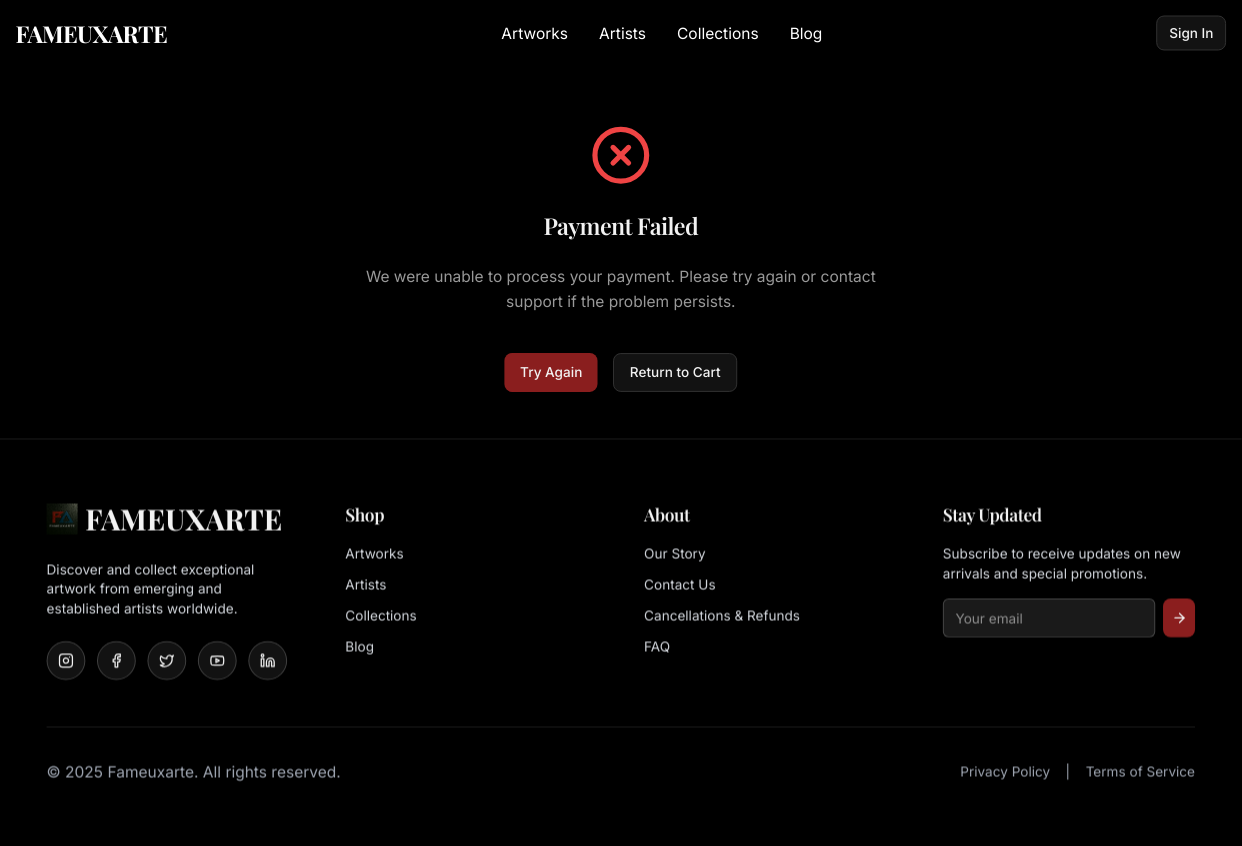
Repository: Arunkumar158/fameuxarte.com
Page: /payment-failed
An editor plug-in stored every save of this project. The page is shown before and after the next save, followed by the edit.
The browser window is 1280 px wide. The pictures show the whole page, at 97% of full size.
The page's requests for data from a server got no answer. Backgrounds fixed to the window are drawn as part of the page. The project was rebuilt for these pictures with package versions that can differ from the ones it lists, and the page was loaded fresh each time. No one was signed in, and anything a server would have sent is missing. Also part of the build but not shown: vite.config.ts, src/components/ui/tooltip.tsx, src/components/ui/dropdown-menu.tsx, src/components/shared/CurrencySelector.tsx, src/components/navigation/MobileMenu.tsx, src/components/home/HeroSection.tsx, src/components/home/AboutSection.tsx, src/components/ui/separator.tsx and 42 more.

Above is the page before, as saved 2025-07-13 14:48:16.

### index.html
<!DOCTYPE html>
<html lang="en">
  <head>
    <meta charset="UTF-8" />
    <meta name="viewport" content="width=device-width, initial-scale=1.0, maximum-scale=5.0" />
    <title>Fameuxarte | Discover Authentic Artworks</title>
    <meta name="description" content="Explore Fameuxarte: a trusted platform connecting you with authentic physical and digital artworks from talented artists worldwide. Browse our curated collection of paintings, sculptures, and digital art." />
    <meta name="author" content="Fameuxarte" />
    <meta name="theme-color" content="#000000" />
    <meta name="keywords" content="art marketplace, original artwork, paintings, sculptures, digital art, art gallery, art collection, contemporary art, art for sale, art investment" />

    <!-- Open Graph / Facebook -->
    <meta property="og:type" content="website" />
    <meta property="og:url" content="https://gallery-canvas-commerce.vercel.app/" />
    <meta property="og:title" content="Fameuxarte | Discover Authentic Artworks" />
    <meta property="og:description" content="Explore Fameuxarte: a trusted platform connecting you with authentic physical and digital artworks from talented artists worldwide. Browse our curated collection of paintings, sculptures, and digital art." />
    <meta property="og:image" content="https://gallery-canvas-commerce.vercel.app/og-image.jpg" />
    <meta property="og:site_name" content="Fameuxarte" />

    <!-- Twitter -->
    <meta name="twitter:card" content="summary_large_image" />
    <meta name="twitter:url" content="https://gallery-canvas-commerce.vercel.app/" />
    <meta name="twitter:title" content="Fameuxarte | Discover Authentic Artworks" />
    <meta name="twitter:description" content="Explore Fameuxarte: a trusted platform connecting you with authentic physical and digital artworks from talented artists worldwide. Browse our curated collection of paintings, sculptures, and digital art." />
    <meta name="twitter:image" content="https://gallery-canvas-commerce.vercel.app/og-image.jpg" />

    <!-- Favicon -->
    <link rel="icon" type="image/png" href="/fa-bg.png" />
    <link rel="apple-touch-icon" href="/apple-touch-icon.png" />

    <!-- Canonical URL -->
    <link rel="canonical" href="https://gallery-canvas-commerce.vercel.app/" />
  </head>

  <body>
    <div id="root"></div>
    <!-- IMPORTANT: DO NOT REMOVE THIS SCRIPT TAG OR THIS VERY COMMENT! -->
    <script src="https://cdn.gpteng.co/gptengineer.js" type="module"></script>
    <script type="module" src="/src/main.tsx"></script>
  </body>
</html>

### src/index.css
@import url('https://fonts.googleapis.com/css2?family=Playfair+Display:wght@400;500;600;700;800&family=Inter:wght@300;400;500;600;700&display=swap');

@tailwind base;
@tailwind components;
@tailwind utilities;

@layer base {
  :root {
    --background: 0 0% 7%;
    --foreground: 0 0% 95%;

    --card: 0 0% 10%;
    --card-foreground: 0 0% 95%;

    --popover: 0 0% 7%;
    --popover-foreground: 0 0% 95%;

    --primary: 0 64% 33%;
    --primary-foreground: 0 0% 95%;

    --secondary: 220 65% 33%;
    --secondary-foreground: 0 0% 95%;

    --muted: 0 0% 20%;
    --muted-foreground: 0 0% 60%;

    --accent: 220 65% 33%;
    --accent-foreground: 0 0% 95%;

    --destructive: 0 63% 31%;
    --destructive-foreground: 0 0% 95%;

    --border: 0 0% 20%;
    --input: 0 0% 20%;
    --ring: 0 64% 33%;

    --radius: 0.5rem;
  }
}

@layer base {
  * {
    @apply border-border;
  }

  html {
    @apply scroll-smooth;
  }

  body {
    @apply bg-black text-foreground font-sans bg-maze-pattern bg-fixed bg-cover;
    background-blend-mode: overlay;
    font-feature-settings: "ss01", "ss02", "cv01", "cv02";
    -webkit-font-smoothing: antialiased;
    -moz-osx-font-smoothing: grayscale;
  }

  h1, h2, h3, h4, h5, h6 {
    @apply font-heading font-bold tracking-tight;
  }

  h1 {
    @apply text-4xl md:text-5xl lg:text-6xl;
  }

  h2 {
    @apply text-3xl md:text-4xl lg:text-5xl;
  }

  h3 {
    @apply text-2xl md:text-3xl lg:text-4xl;
  }

  h4 {
    @apply text-xl md:text-2xl lg:text-3xl;
  }

  p {
    @apply text-base leading-relaxed;
  }

  .prose {
    @apply text-base leading-relaxed;
  }

  .prose h1, .prose h2, .prose h3, .prose h4 {
    @apply font-heading font-bold tracking-tight mt-8 mb-4;
  }

  .prose p {
    @apply mb-4;
  }
}

@layer components {
  .gallery-grid {
    @apply grid grid-cols-1 md:grid-cols-2 lg:grid-cols-3 gap-6;
  }

  .artwork-card {
    @apply flex flex-col overflow-hidden rounded-md border border-border transition-all duration-300 hover:shadow-lg hover:border-brand-red relative z-10 bg-black/70 backdrop-blur-sm;
  }

  .artwork-image {
    @apply relative w-full overflow-hidden aspect-square;
  }

  .artwork-details {
    @apply p-4 flex flex-col gap-1;
  }

  .btn-primary {
    @apply bg-brand-red text-white hover:opacity-90 transition-opacity;
  }

  .btn-secondary {
    @apply bg-brand-blue text-white hover:opacity-90 transition-opacity;
  }

  .section-padding {
    @apply py-20 md:py-32;
  }

  .text-gradient {
    @apply bg-gradient-to-r from-brand-red to-brand-blue bg-clip-text text-transparent;
  }

  .card-hover {
    @apply transition-transform duration-300 hover:scale-[1.02] hover:shadow-xl;
  }

  .glass-card {
    @apply bg-black/60 backdrop-blur-md border border-white/10;
  }
}

### src/components/ui/toaster.tsx
import { useToast } from "@/hooks/use-toast"
import {
  Toast,
  ToastClose,
  ToastDescription,
  ToastProvider,
  ToastTitle,
  ToastViewport,
} from "@/components/ui/toast"

export function Toaster() {
  const { toasts } = useToast()

  return (
    <ToastProvider>
      {toasts.map(function ({ id, title, description, action, ...props }) {
        return (
          <Toast key={id} {...props}>
            <div className="grid gap-1">
              {title && <ToastTitle>{title}</ToastTitle>}
              {description && (
                <ToastDescription>{description}</ToastDescription>
              )}
            </div>
            {action}
            <ToastClose />
          </Toast>
        )
      })}
      <ToastViewport />
    </ToastProvider>
  )
}

### src/components/ui/sonner.tsx
import { useTheme } from "next-themes"
import { Toaster as Sonner, toast } from "sonner"

type ToasterProps = React.ComponentProps<typeof Sonner>

const Toaster = ({ ...props }: ToasterProps) => {
  const { theme = "system" } = useTheme()

  return (
    <Sonner
      theme={theme as ToasterProps["theme"]}
      className="toaster group"
      toastOptions={{
        classNames: {
          toast:
            "group toast group-[.toaster]:bg-background group-[.toaster]:text-foreground group-[.toaster]:border-border group-[.toaster]:shadow-lg",
          description: "group-[.toast]:text-muted-foreground",
          actionButton:
            "group-[.toast]:bg-primary group-[.toast]:text-primary-foreground",
          cancelButton:
            "group-[.toast]:bg-muted group-[.toast]:text-muted-foreground",
        },
      }}
      {...props}
    />
  )
}

export { Toaster, toast }

### src/contexts/AuthContext.tsx

import { createContext, useContext, useEffect, useState } from "react";
import { User, Session } from "@supabase/supabase-js";
import { supabase } from "@/integrations/supabase/client";
import { useNavigate } from "react-router-dom";

interface AuthContextType {
  user: User | null;
  session: Session | null;
  signIn: (email: string, password: string) => Promise<void>;
  signUp: (email: string, password: string, fullName: string) => Promise<void>;
  signOut: () => Promise<void>;
}

const AuthContext = createContext<AuthContextType | undefined>(undefined);

export function AuthProvider({ children }: { children: React.ReactNode }) {
  const [user, setUser] = useState<User | null>(null);
  const [session, setSession] = useState<Session | null>(null);
  const navigate = useNavigate();

  useEffect(() => {
    const { data: { subscription } } = supabase.auth.onAuthStateChange(
      (event, session) => {
        setSession(session);
        setUser(session?.user ?? null);
      }
    );

    supabase.auth.getSession().then(({ data: { session } }) => {
      setSession(session);
      setUser(session?.user ?? null);
    });

    return () => subscription.unsubscribe();
  }, []);

  const signIn = async (email: string, password: string) => {
    const { error } = await supabase.auth.signInWithPassword({ email, password });
    if (error) throw error;
    navigate("/");
  };

  const signUp = async (email: string, password: string, fullName: string) => {
    const { error } = await supabase.auth.signUp({
      email,
      password,
      options: {
        data: {
          full_name: fullName,
        },
      },
    });
    if (error) throw error;
  };

  const signOut = async () => {
    const { error } = await supabase.auth.signOut();
    if (error) throw error;
    navigate("/auth");
  };

  return (
    <AuthContext.Provider value={{ user, session, signIn, signUp, signOut }}>
      {children}
    </AuthContext.Provider>
  );
}

export const useAuth = () => {
  const context = useContext(AuthContext);
  if (context === undefined) {
    throw new Error("useAuth must be used within an AuthProvider");
  }
  return context;
};

### src/components/SEO.tsx
import { Helmet } from 'react-helmet-async';

interface SEOProps {
  title: string;
  description: string;
  canonicalUrl?: string;
  ogImage?: string;
  type?: 'website' | 'article' | 'product';
  structuredData?: object;
  keywords?: string;
  author?: string;
  robots?: string;
  language?: string;
}

export const SEO = ({
  title,
  description,
  canonicalUrl,
  ogImage = '/og-image.jpg',
  type = 'website',
  structuredData,
  keywords,
  author = 'Fameuxarte',
  robots = 'index, follow',
  language = 'en',
}: SEOProps) => {
  const siteUrl = 'https://gallery-canvas-commerce.vercel.app';
  const fullCanonicalUrl = canonicalUrl ? `${siteUrl}${canonicalUrl}` : siteUrl;
  const fullOgImage = ogImage?.startsWith('http') ? ogImage : `${siteUrl}${ogImage}`;

  return (
    <Helmet>
      {/* Basic Meta Tags */}
      <title>{title}</title>
      <meta name="description" content={description} />
      <link rel="canonical" href={fullCanonicalUrl} />
      {keywords && <meta name="keywords" content={keywords} />}
      {author && <meta name="author" content={author} />}
      <meta name="robots" content={robots} />
      <meta httpEquiv="Content-Language" content={language} />

      {/* Open Graph Meta Tags */}
      <meta property="og:title" content={title} />
      <meta property="og:description" content={description} />
      <meta property="og:type" content={type} />
      <meta property="og:url" content={fullCanonicalUrl} />
      <meta property="og:image" content={fullOgImage} />
      <meta property="og:site_name" content="Fameuxarte" />
      <meta property="og:locale" content={language} />

      {/* Twitter Meta Tags */}
      <meta name="twitter:card" content="summary_large_image" />
      <meta name="twitter:title" content={title} />
      <meta name="twitter:description" content={description} />
      <meta name="twitter:image" content={fullOgImage} />
      <meta name="twitter:site" content="@fameuxarte" />
      <meta name="twitter:creator" content="@fameuxarte" />

      {/* Mobile Meta Tags */}
      <meta name="viewport" content="width=device-width, initial-scale=1.0, maximum-scale=5.0" />
      <meta name="theme-color" content="#000000" />

      {/* Structured Data */}
      {structuredData && (
        <script type="application/ld+json">
          {JSON.stringify(structuredData)}
        </script>
      )}
    </Helmet>
  );
};

### src/pages/PaymentFailed.tsx

import { useNavigate } from "react-router-dom";
import MainLayout from "@/components/layouts/MainLayout";
import { Button } from "@/components/ui/button";
import { XCircle } from "lucide-react";

const PaymentFailed = () => {
  const navigate = useNavigate();

  return (
    <MainLayout>
      <div className="container max-w-2xl py-12">
        <div className="text-center space-y-6">
          <div className="flex justify-center">
            <XCircle className="w-16 h-16 text-red-500" />
          </div>
          <h1 className="text-2xl font-semibold">Payment Failed</h1>
          <p className="text-muted-foreground">
            We were unable to process your payment. Please try again or contact support if the problem persists.
          </p>
          <div className="space-x-4 pt-4">
            <Button onClick={() => navigate("/checkout")}>
              Try Again
            </Button>
            <Button variant="outline" onClick={() => navigate("/cart")}>
              Return to Cart
            </Button>
          </div>
        </div>
      </div>
    </MainLayout>
  );
};

export default PaymentFailed;

### src/integrations/supabase/client.ts
// This file is automatically generated. Do not edit it directly.
import { createClient } from '@supabase/supabase-js';
import type { Database } from './types';

const SUPABASE_URL = "https://oqslvwynlppuacdrhlxl.supabase.co";
const SUPABASE_PUBLISHABLE_KEY = "eyJhbGciOiJIUzI1NiIsInR5cCI6IkpXVCJ9.eyJpc3MiOiJzdXBhYmFzZSIsInJlZiI6Im9xc2x2d3lubHBwdWFjZHJobHhsIiwicm9sZSI6ImFub24iLCJpYXQiOjE3NDM3NTk2NDksImV4cCI6MjA1OTMzNTY0OX0.YUDoy6pOBCbxNKzkRr1rVP8ZQmzj-ECGeuC2wEIYUvo";

// Import the supabase client like this:
// import { supabase } from "@/integrations/supabase/client";

export const supabase = createClient<Database>(SUPABASE_URL, SUPABASE_PUBLISHABLE_KEY);

### src/hooks/useLocalStorage.ts

import { useState, useEffect } from "react";

export function useLocalStorage<T>(key: string, initialValue: T) {
  // State to store our value
  const [storedValue, setStoredValue] = useState<T>(() => {
    try {
      // Get from local storage by key
      const item = window.localStorage.getItem(key);
      // Parse stored json or if none return initialValue
      return item ? JSON.parse(item) : initialValue;
    } catch (error) {
      // If error also return initialValue
      console.error(error);
      return initialValue;
    }
  });

  // Return a wrapped version of useState's setter function that persists the new value to localStorage
  const setValue = (value: T | ((val: T) => T)) => {
    try {
      // Allow value to be a function so we have same API as useState
      const valueToStore =
        value instanceof Function ? value(storedValue) : value;
      // Save state
      setStoredValue(valueToStore);
      // Save to local storage
      window.localStorage.setItem(key, JSON.stringify(valueToStore));
    } catch (error) {
      // A more advanced implementation would handle the error case
      console.error(error);
    }
  };

  return [storedValue, setValue] as const;
}

### src/components/ui/button.tsx
import * as React from "react"
import { Slot } from "@radix-ui/react-slot"
import { cva, type VariantProps } from "class-variance-authority"

import { cn } from "@/lib/utils"

const buttonVariants = cva(
  "inline-flex items-center justify-center gap-2 whitespace-nowrap rounded-lg text-sm font-medium ring-offset-background transition-colors focus-visible:outline-none focus-visible:ring-2 focus-visible:ring-ring focus-visible:ring-offset-2 disabled:pointer-events-none disabled:opacity-50 [&_svg]:pointer-events-none [&_svg]:size-4 [&_svg]:shrink-0",
  {
    variants: {
      variant: {
        default: "bg-primary text-primary-foreground hover:bg-primary/90",
        destructive:
          "bg-destructive text-destructive-foreground hover:bg-destructive/90",
        outline:
          "border border-input bg-background hover:bg-accent hover:text-accent-foreground",
        secondary:
          "bg-secondary text-secondary-foreground hover:bg-secondary/80",
        ghost: "hover:bg-accent hover:text-accent-foreground",
        link: "text-primary underline-offset-4 hover:underline",
      },
      size: {
        default: "h-10 px-4 py-2",
        sm: "h-9 rounded-lg px-3",
        lg: "h-11 rounded-lg px-8",
        icon: "h-10 w-10",
      },
    },
    defaultVariants: {
      variant: "default",
      size: "default",
    },
  }
)

export interface ButtonProps
  extends React.ButtonHTMLAttributes<HTMLButtonElement>,
    VariantProps<typeof buttonVariants> {
  asChild?: boolean
}

const Button = React.forwardRef<HTMLButtonElement, ButtonProps>(
  ({ className, variant, size, asChild = false, ...props }, ref) => {
    const Comp = asChild ? Slot : "button"
    return (
      <Comp
        className={cn(buttonVariants({ variant, size, className }))}
        ref={ref}
        {...props}
      />
    )
  }
)
Button.displayName = "Button"

export { Button, buttonVariants }

### src/hooks/use-mobile.tsx

import * as React from "react"

const MOBILE_BREAKPOINT = 768

export function useIsMobile() {
  const [isMobile, setIsMobile] = React.useState<boolean | undefined>(undefined)

  React.useEffect(() => {
    const mql = window.matchMedia(`(max-width: ${MOBILE_BREAKPOINT - 1}px)`)
    const onChange = () => {
      setIsMobile(window.innerWidth < MOBILE_BREAKPOINT)
    }
    mql.addEventListener("change", onChange)
    setIsMobile(window.innerWidth < MOBILE_BREAKPOINT)
    return () => mql.removeEventListener("change", onChange)
  }, [])

  return !!isMobile
}

// For backward compatibility, also export as useMobile
export const useMobile = useIsMobile;

### src/components/ui/input.tsx
import * as React from "react"

import { cn } from "@/lib/utils"

const Input = React.forwardRef<HTMLInputElement, React.ComponentProps<"input">>(
  ({ className, type, ...props }, ref) => {
    return (
      <input
        type={type}
        className={cn(
          "flex h-10 w-full rounded-md border border-input bg-background px-3 py-2 text-base ring-offset-background file:border-0 file:bg-transparent file:text-sm file:font-medium file:text-foreground placeholder:text-muted-foreground focus-visible:outline-none focus-visible:ring-2 focus-visible:ring-ring focus-visible:ring-offset-2 disabled:cursor-not-allowed disabled:opacity-50 md:text-sm",
          className
        )}
        ref={ref}
        {...props}
      />
    )
  }
)
Input.displayName = "Input"

export { Input }

### src/components/layouts/MainLayout.tsx
import { ReactNode } from "react";
import { useLocation } from "react-router-dom";

interface MainLayoutProps {
  children: ReactNode;
}

const MainLayout = ({ children }: MainLayoutProps) => {
  const { pathname } = useLocation();
  const isAuthPage = pathname === "/auth";

  return (
    <div className={`w-full ${isAuthPage ? "pt-16 md:pt-0" : ""}`}>
      {children}
    </div>
  );
};

export default MainLayout;

Loaded but not shown: src/main.tsx (common file); src/hooks/use-toast.ts (common file); src/lib/seo.ts (233 lines, source omitted); src/components/navigation/Footer.tsx (122 lines, source omitted); src/lib/utils.ts (182 lines, source omitted); src/components/navigation/Navbar.tsx (145 lines, source omitted); src/contexts/CartContext.tsx (237 lines, source omitted); tailwind.config.ts (150 lines, source omitted); src/components/ui/toast.tsx (127 lines, source omitted); src/App.tsx (102 lines, source omitted); src/contexts/CurrencyContext.tsx (128 lines, source omitted); src/hooks/useLikedItems.ts (113 lines, source omitted)

After the next save:
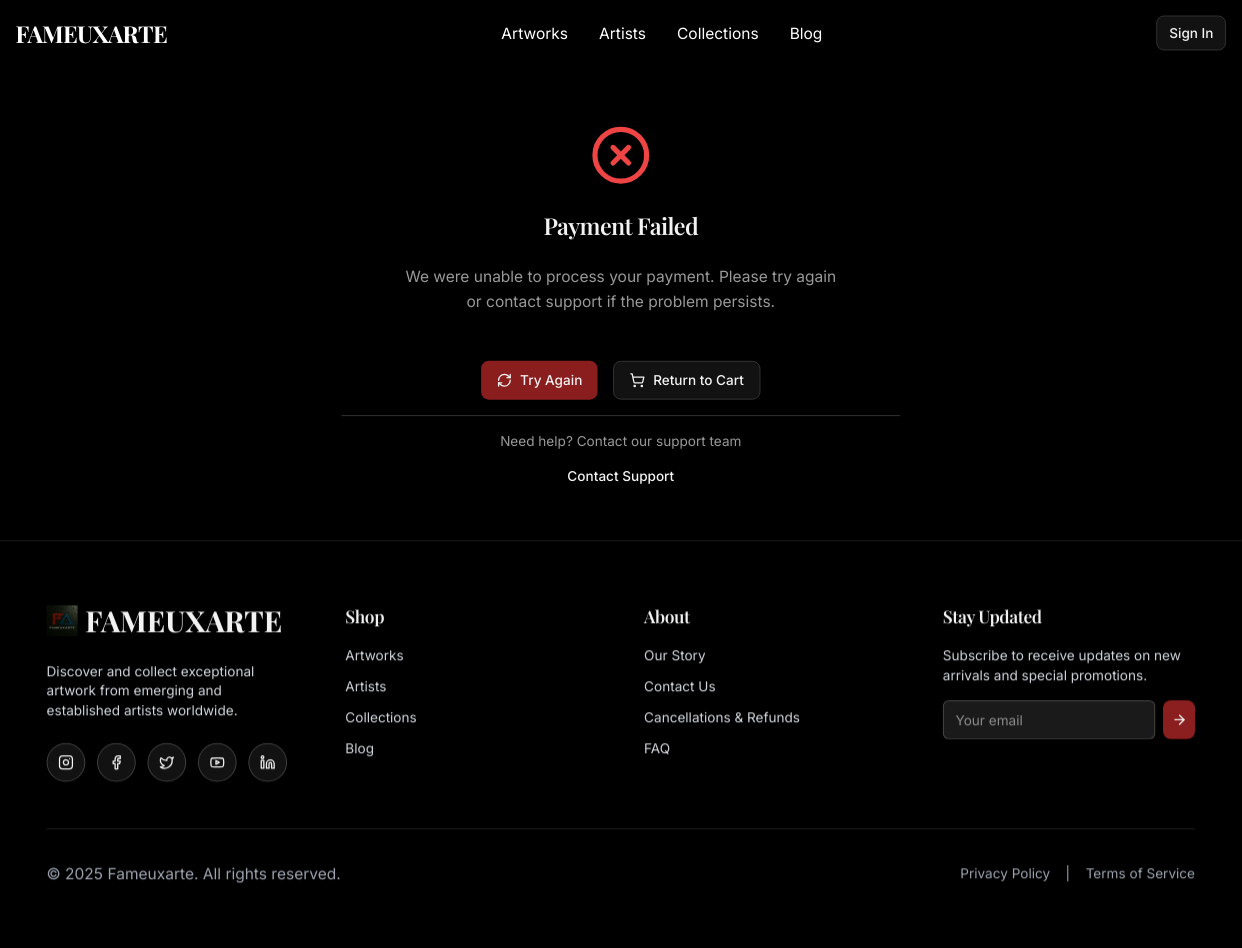
Saved 15 s later.
--- a/src/pages/PaymentFailed.tsx
+++ b/src/pages/PaymentFailed.tsx
@@ -1,30 +1,89 @@
 
-import { useNavigate } from "react-router-dom";
+import { useNavigate, useSearchParams } from "react-router-dom";
 import MainLayout from "@/components/layouts/MainLayout";
 import { Button } from "@/components/ui/button";
-import { XCircle } from "lucide-react";
+import { XCircle, RefreshCw, ShoppingCart } from "lucide-react";
 
 const PaymentFailed = () => {
   const navigate = useNavigate();
+  const [searchParams] = useSearchParams();
+  const errorType = searchParams.get('type') || 'general';
+  const errorMessage = searchParams.get('message') || '';
+
+  const getErrorDetails = () => {
+    switch (errorType) {
+      case 'cancelled':
+        return {
+          title: "Payment Cancelled",
+          description: "You cancelled the payment process. No charges were made to your account.",
+          icon: <XCircle className="w-16 h-16 text-yellow-500" />
+        };
+      case 'verification_failed':
+        return {
+          title: "Payment Verification Failed",
+          description: "We couldn't verify your payment. Please contact support if you were charged.",
+          icon: <XCircle className="w-16 h-16 text-red-500" />
+        };
+      case 'network_error':
+        return {
+          title: "Network Error",
+          description: "A network error occurred during payment processing. Please check your connection and try again.",
+          icon: <RefreshCw className="w-16 h-16 text-blue-500" />
+        };
+      default:
+        return {
+          title: "Payment Failed",
+          description: errorMessage || "We were unable to process your payment. Please try again or contact support if the problem persists.",
+          icon: <XCircle className="w-16 h-16 text-red-500" />
+        };
+    }
+  };
+
+  const errorDetails = getErrorDetails();
 
   return (
     <MainLayout>
       <div className="container max-w-2xl py-12">
         <div className="text-center space-y-6">
           <div className="flex justify-center">
-            <XCircle className="w-16 h-16 text-red-500" />
+            {errorDetails.icon}
           </div>
-          <h1 className="text-2xl font-semibold">Payment Failed</h1>
-          <p className="text-muted-foreground">
-            We were unable to process your payment. Please try again or contact support if the problem persists.
+          <h1 className="text-2xl font-semibold">{errorDetails.title}</h1>
+          <p className="text-muted-foreground max-w-md mx-auto">
+            {errorDetails.description}
           </p>
-          <div className="space-x-4 pt-4">
-            <Button onClick={() => navigate("/checkout")}>
-              Try Again
-            </Button>
-            <Button variant="outline" onClick={() => navigate("/cart")}>
-              Return to Cart
-            </Button>
+
+          <div className="space-y-4 pt-6">
+            <div className="flex flex-col sm:flex-row gap-4 justify-center">
+              <Button
+                onClick={() => navigate("/checkout")}
+                className="flex items-center gap-2"
+              >
+                <RefreshCw className="h-4 w-4" />
+                Try Again
+              </Button>
+              <Button
+                variant="outline"
+                onClick={() => navigate("/cart")}
+                className="flex items-center gap-2"
+              >
+                <ShoppingCart className="h-4 w-4" />
+                Return to Cart
+              </Button>
+            </div>
+
+            <div className="pt-4 border-t">
+              <p className="text-sm text-muted-foreground mb-2">
+                Need help? Contact our support team
+              </p>
+              <Button
+                variant="ghost"
+                onClick={() => navigate("/contact-us")}
+                size="sm"
+              >
+                Contact Support
+              </Button>
+            </div>
           </div>
         </div>
       </div>
